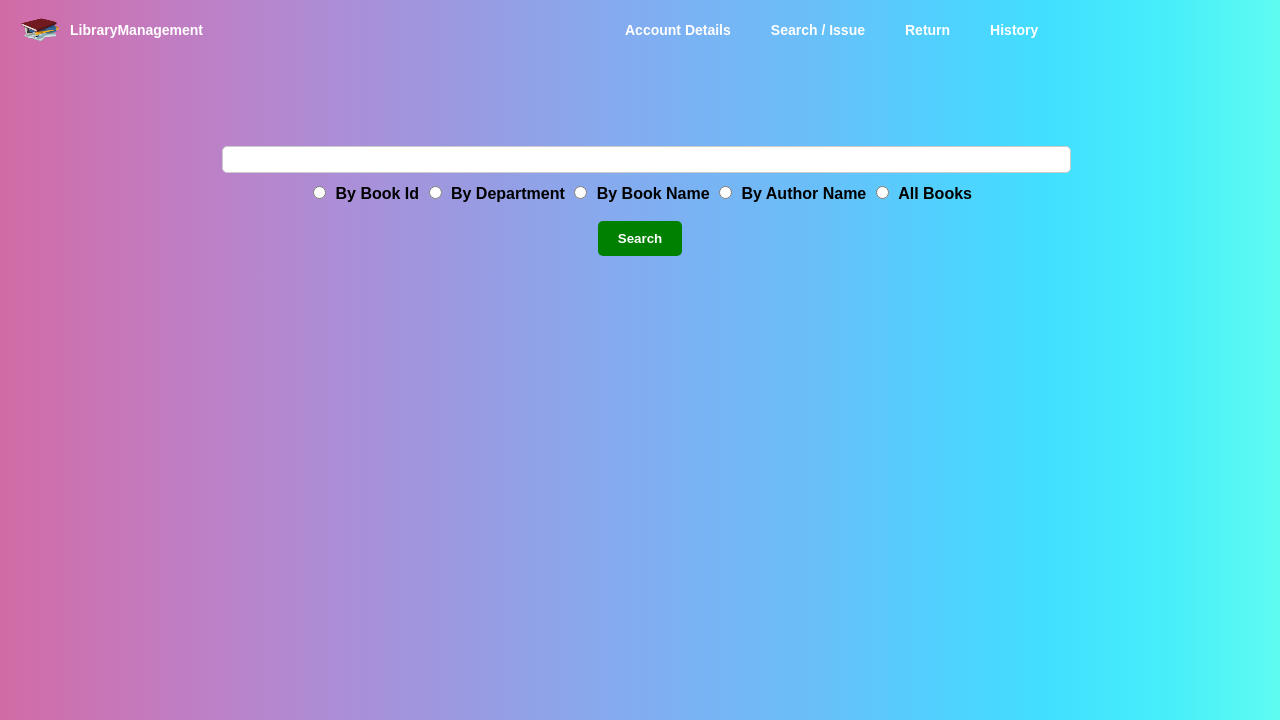
Repository: amitSai12/CMS
Page: http://localhost/LibraryManagementDemo/Search.jsp
These files come from the project's save history. The page is drawn as it stood at one moment and after the next save; the edit follows.
The browser window is 1280 px wide. The pictures show the whole page.
The page is served by Tomcat 9.

Above is the page before, as saved 2023-10-01 21:54:41.

After the next save:
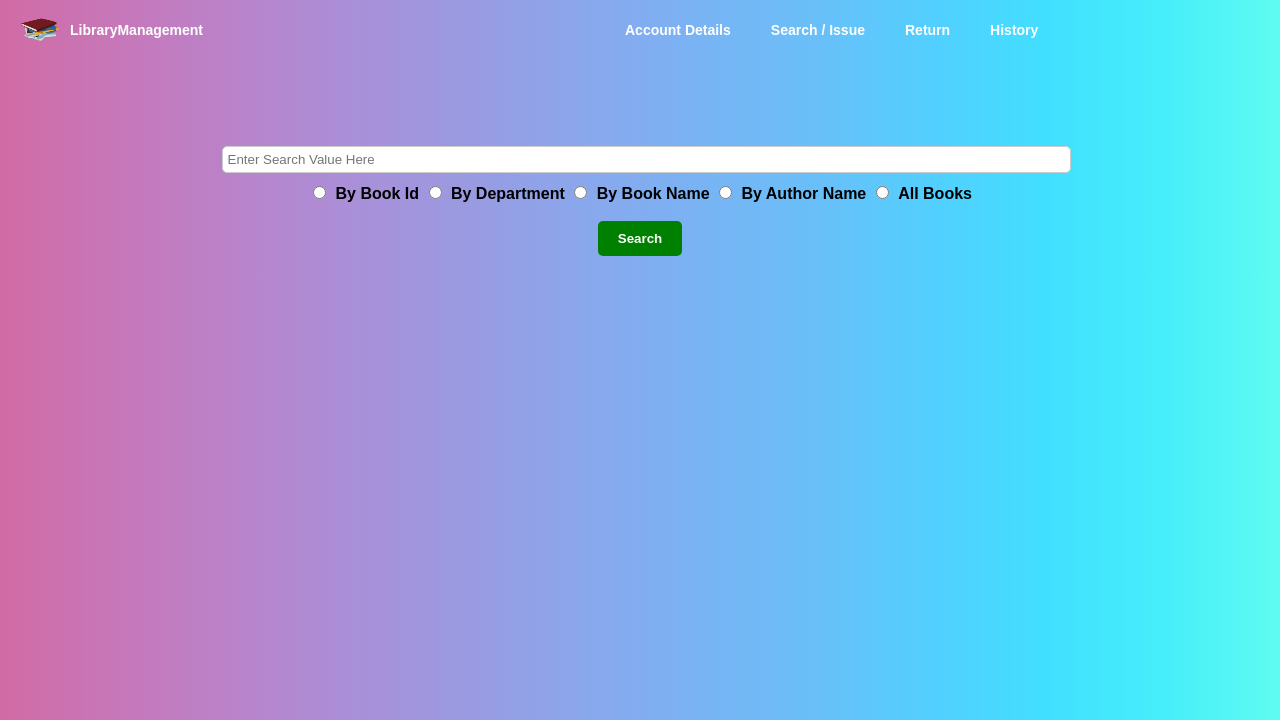
Saved 35 s later.
--- a/Day1_Thu/LibraryManagementDemo/src/main/webapp/Search.jsp
+++ b/Day1_Thu/LibraryManagementDemo/src/main/webapp/Search.jsp
@@ -11,9 +11,9 @@
 <jsp:include page="Menu.jsp"/>
 <br><br>
 <form method="get" action="AllBooks.jsp" class="search-form">
-<label for="searchvalue" placeholder="Enter Search Value Here"></label>
+<label for="searchvalue" ></label>
 <center>
-  <input type='text' name='searchvalue' id="searchvalue">
+  <input type='text' name='searchvalue' id="searchvalue" placeholder="Enter Search Value Here">
   <input type="radio" name="searchtype" value="id" id="byId">
   <label for="byId">By Book Id</label>
   <input type="radio" name="searchtype" value="dept" id="byDept">
